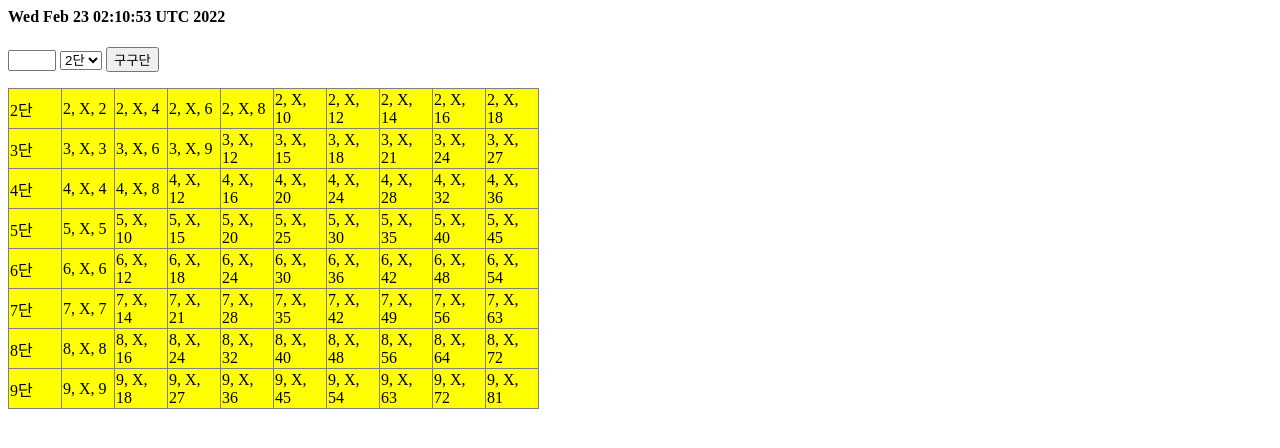
Repository: JavaJin96/kr.or.ddit.WebApp
Page: http://localhost/webStudy01/model2/gugudan.do
The author's editor kept a copy of each file at every save. The page is drawn from the files as they stood at one save, then again after a run of saves.
The browser window is 1280 px wide. The pictures show the whole page.
The page is served by Tomcat 9. Other server files are loaded and not shown.

Above is the page before, as saved 2022-02-28 03:19:37.

### 6.JspSpring/workspace/webStudy01/webapp/WEB-INF/views/gugudan.jsp
<%@ page contentType="text/html; charset=utf-8"%>
<html>
<style type="text/css">
      table{
         background-color: yellow;
         border-collapse: collapse;
      }
      tr{
      	height : 40px;
      }
      td{
      	width : 50px;
      }
   </style>
<body>
	<h4><%=request.getAttribute("now")%></h4>
	<form>
		<input type="number" name="minDan" min="2" max="9">
		<select name="maxDan">
		<%
			for(int i = 2; i <= 9; i++){
		%>
			<option value="<%=i%>"><%=i%>단</option>
		<% 	} %>
		</select>
		<input type="submit" value="구구단">
	</form>
	<table border="1">
		<%=request.getAttribute("gugudan")%>
	</table>
</body>
</html>

### 6.JspSpring/workspace/webStudy01/src/kr/or/ddit/servlet03/Model2GugudanServlet.java
package kr.or.ddit.servlet03;

import java.io.IOException;
import java.util.Calendar;

import javax.servlet.ServletException;
import javax.servlet.annotation.WebServlet;
import javax.servlet.http.HttpServlet;
import javax.servlet.http.HttpServletRequest;
import javax.servlet.http.HttpServletResponse;


@WebServlet("/model2/gugudan.do")
public class Model2GugudanServlet extends HttpServlet{

	@Override
	protected void doGet(HttpServletRequest req, HttpServletResponse resp) throws ServletException, IOException {
		Calendar now = Calendar.getInstance();

		resp.setContentType("text/html; charset=utf-8");
		StringBuffer html = new StringBuffer();

		for(int i = 2; i <= 9; i ++) {
			html.append(String.format("<tr><td> %d단 </td>", i));
			for(int j = 1; j <= 9; j ++) {
				html.append(String.format("<td> %d, %s, %d </td> ",
						i,"X",i*j));
			}
			html.append("</tr>\n");
		}


		req.setAttribute("now", String.format("%tc", now));
		req.setAttribute("gugudan", html);
		String goPage = "/WEB-INF/views/gugudan.jsp";
		req.getRequestDispatcher(goPage).forward(req, resp);
	}
}

After the next 3 saves:
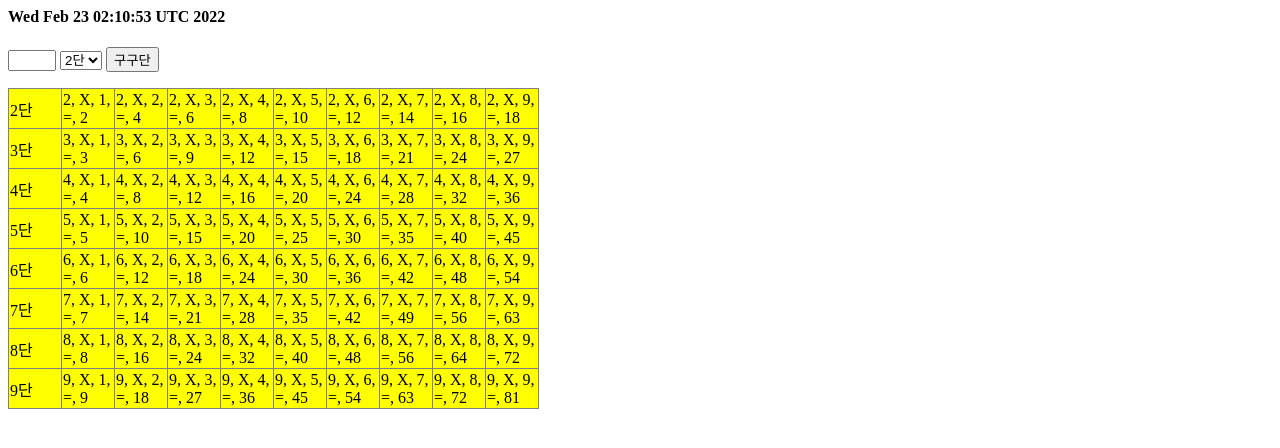
The 3 saves are shown as one change because 2 did not build or start.
The last was saved 38 s later.
--- a/6.JspSpring/workspace/webStudy01/src/kr/or/ddit/servlet03/Model2GugudanServlet.java
+++ b/6.JspSpring/workspace/webStudy01/src/kr/or/ddit/servlet03/Model2GugudanServlet.java
@@ -23,8 +23,8 @@ public class Model2GugudanServlet extends HttpServlet{
 		for(int i = 2; i <= 9; i ++) {
 			html.append(String.format("<tr><td> %d단 </td>", i));
 			for(int j = 1; j <= 9; j ++) {
-				html.append(String.format("<td> %d, %s, %d </td> ",
-						i,"X",i*j));
+				html.append(String.format("<td> %d, %s, %d, %s, %d </td> ",
+						i,"X",j,"=",i*j));
 			}
 			html.append("</tr>\n");
 		}
